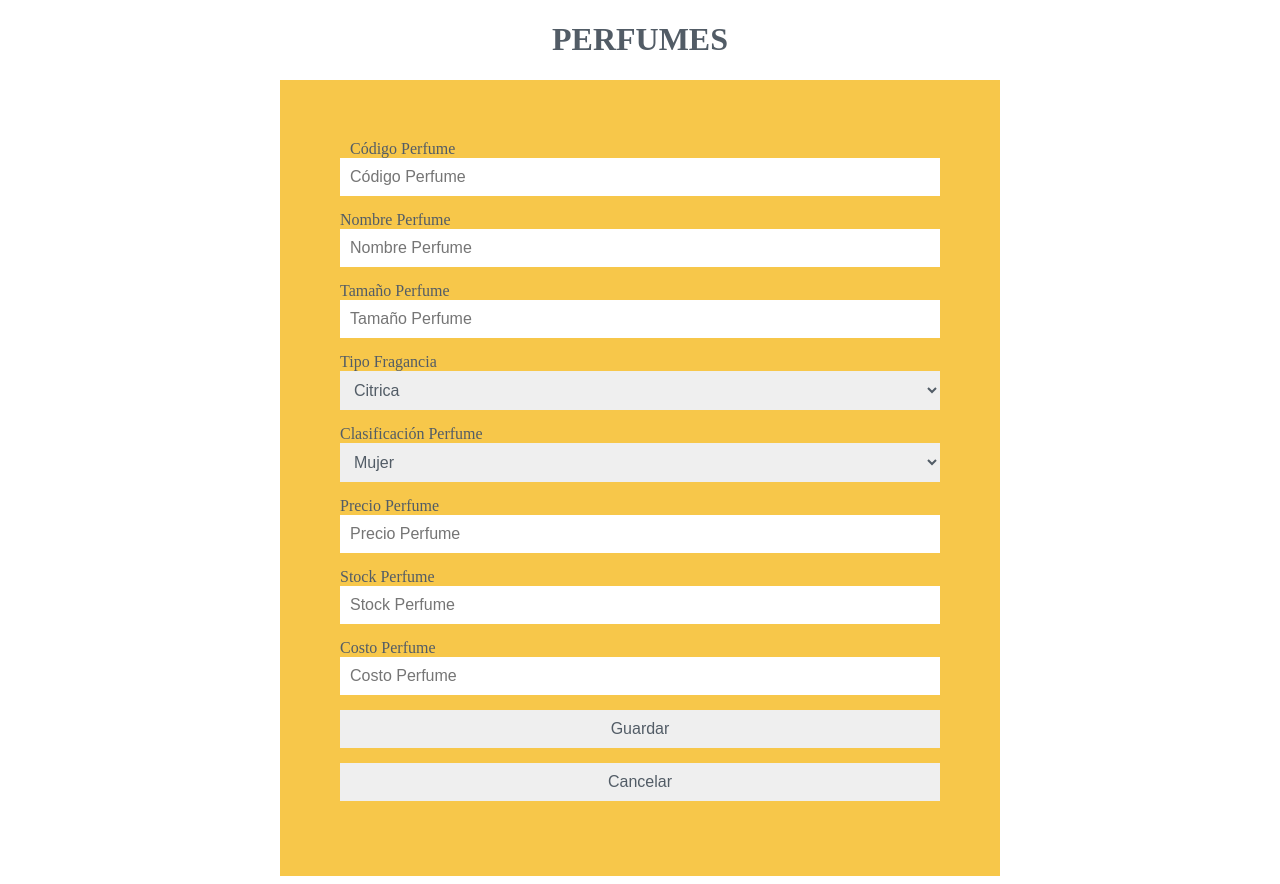
Repository: alejamorenovallejo/arosmile
Page: perfume.html
An editor plug-in stored every save of this project. The page is shown before and after the next save, followed by the edit.
The browser window is 1280 px wide. The pictures show the whole page.

Above is the page before, as saved 2021-09-12 02:25:16.
Not found: main.js

### perfume.html
<!DOCTYPE html>
<html>
  <head>
    <meta charset="utf-8" />
    <meta http-equiv="X-UA-Compatible" content="IE=edge" />
    <title>Perfumes</title>
    <meta name="viewport" content="width=device-width, initial-scale=1" />
    <link
      rel="stylesheet"
      type="text/css"
      media="screen"
      href="css/style.css"
    />
    <script src="main.js"></script>
  </head>
  <body>
    <header></header>
    <main>
        <h1>PERFUMES</h1>
        <form action="" method="POST">
          <label for="codigo_perfume">
            <span>Código Perfume</span>
            <input
              type="text"
              id="codigo_perfume"
              name="codigo_perfume"
              placeholder="Código Perfume"
            />
          </label>
          <label for="nombre_perfume">
            <span>Nombre Perfume</span>
            <input
              type="text"
              id="nombre_perfume"
              name="nombre_perfume"
              placeholder="Nombre Perfume"
            />
          </label>
          <label for="tamano_perfume">
            <span>Tamaño Perfume</span>
            <input
              type="number"
              id="tamano_perfume"
              name="tamano_perfume"
              placeholder="Tamaño Perfume"
            />
          </label>
          <label for="tipo_frangancia">
            <span>Tipo Fragancia</span>
            <select
              name="tipo_frangancia"
              id="tipo_frangancia"
              placeholder="Tipo Fragancia"
            >
              <option value="1">Citrica</option>
            </select>
          </label>
          <label for="clasificacion_perfume">
            <span>Clasificación Perfume</span>
            <select
              name="clasificacion_perfume"
              id="clasificacion_perfume"
              placeholder="Clasificación Perfume"
            >
              <option value="1">Mujer</option>
              <option value="2">Hombre</option>
              <option value="3">Infantil</option>
            </select>
          </label>
          <label for="precio_perfume">
            <span>Precio Perfume</span>
            <input
              type="number"
              id="precio_perfume"
              name="precio_perfume"
              placeholder="Precio Perfume"
            />
          </label>
          <label for="stock_perfume">
            <span>Stock Perfume</span>
            <input
              type="number"
              id="stock_perfume"
              name="stock_perfume"
              placeholder="Stock Perfume"
            />
          </label>
          <label for="costo_perfume">
            <span>Costo Perfume</span>
            <input
              type="number"
              id="costo_perfume"
              name="costo_perfume"
              placeholder="Costo Perfume"
            />
          </label>
          <input
            type="submit"
            id="guardar_perfume"
            name="guardar_perfume"
            value="Guardar"
          />
          <input
            type="button"
            id="cancelar_perfume"
            name="cancelar_perfume"
            value="Cancelar"
          />
        </form>
    </main>
  </body>
</html>

### css/style.css
form {
  padding: 60px;
  max-width: 600px;
  background-color: #F7C74A;
  margin: 0 auto;
}
form input, form select,form label{
    margin-bottom: 15px;
    width: 100%;
    padding: 10px;
    -webkit-box-sizing: border-box;
    box-sizing: border-box;
    border: none;
    color: #525c66;
    font-size: 1em;
    resize: horizontal;
}

h1 {
    text-align: center;
    color: #525c66;

}

After the next save:
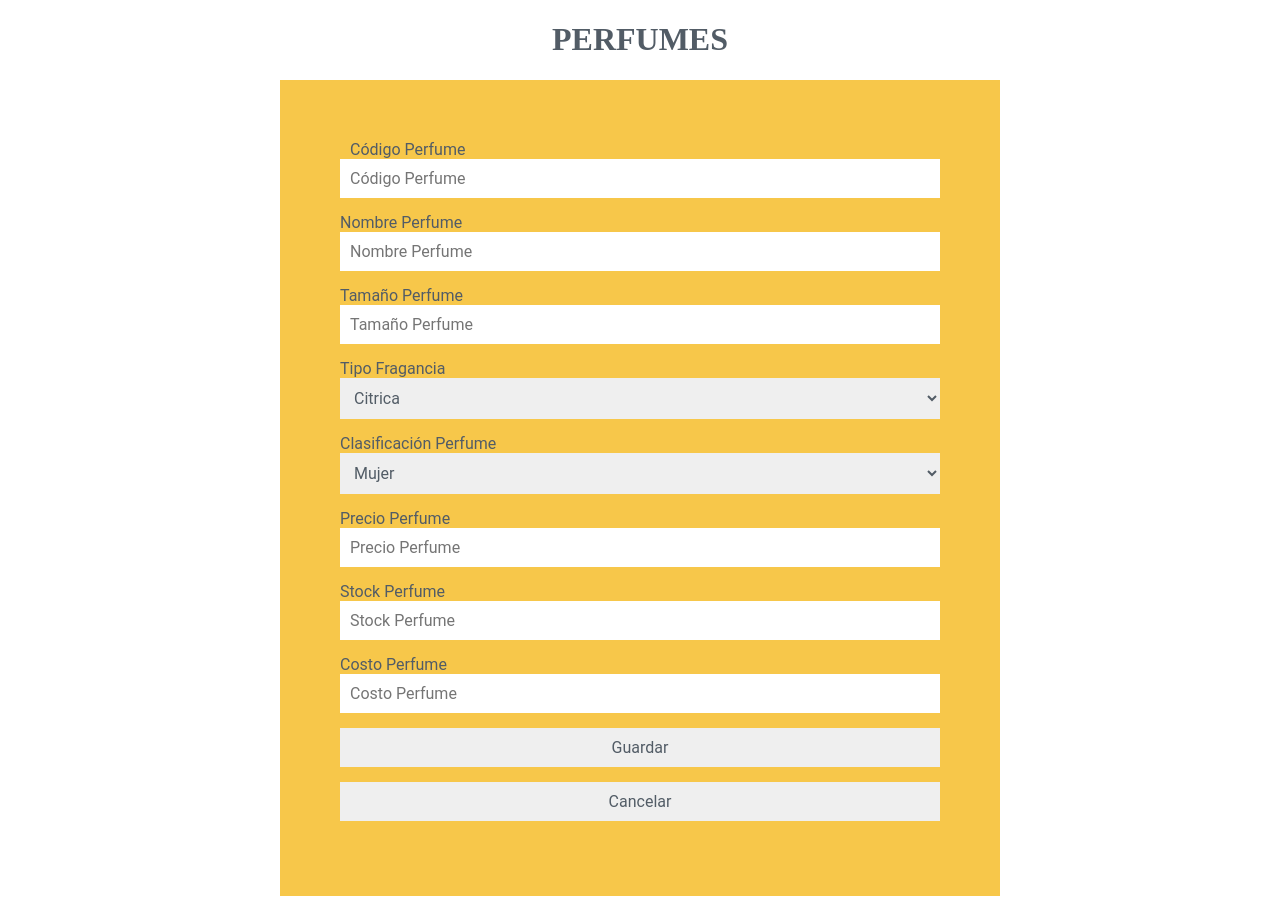
Saved 5 s later.
--- a/css/style.css
+++ b/css/style.css
@@ -6,6 +6,7 @@ form {
 }
 form input, form select,form label{
     margin-bottom: 15px;
+    font-family: "Roboto", sans-serif;
     width: 100%;
     padding: 10px;
     -webkit-box-sizing: border-box;
